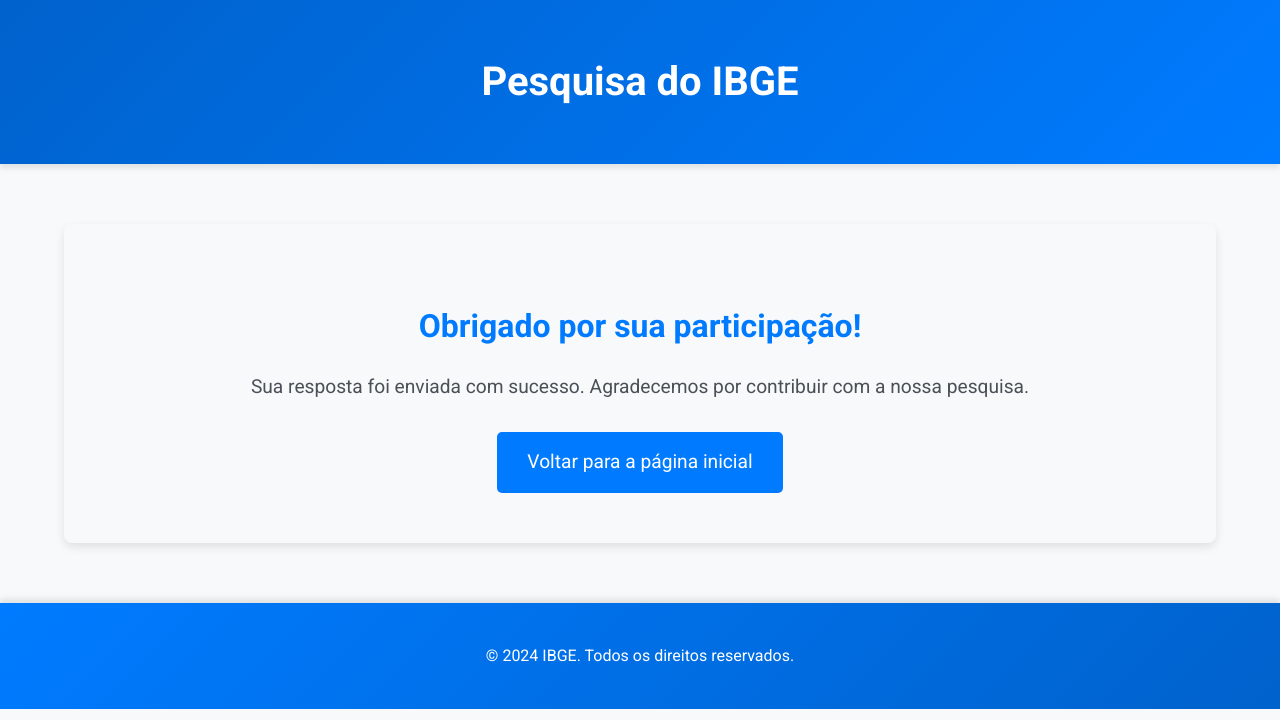
Repository: Gabrielb0rn/Projeto-Formul-rio.io
Page: agradecimento.html
The author's editor kept a copy of each file at every save. The page is drawn from the files as they stood at one save, then again after the next save.
The browser window is 1280 px wide. The pictures show the whole page.

Above is the page before, as saved 2024-07-07 11:44:59.
Console error: TypeError: Cannot read properties of null (reading 'addEventListener')

After the next save:
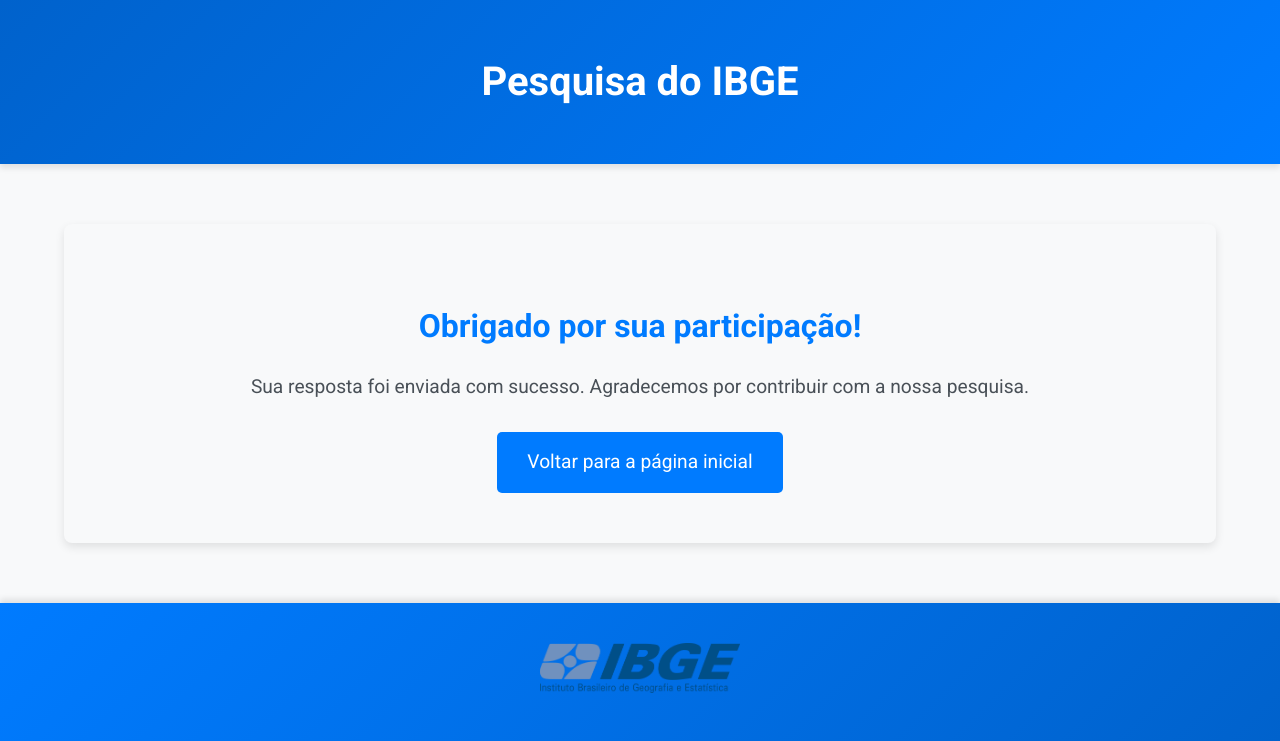
Saved 41 s later.
--- a/agradecimento.html
+++ b/agradecimento.html
@@ -23,7 +23,7 @@
     </main>
     <footer>
         <div class="container">
-            <p>&copy; 2024 IBGE. Todos os direitos reservados.</p>
+            <img src="resources/footer-ibge.png" alt="ibge" width="200" height="50">
         </div>
     </footer>
     <script src="assets/scripts.js"></script>
